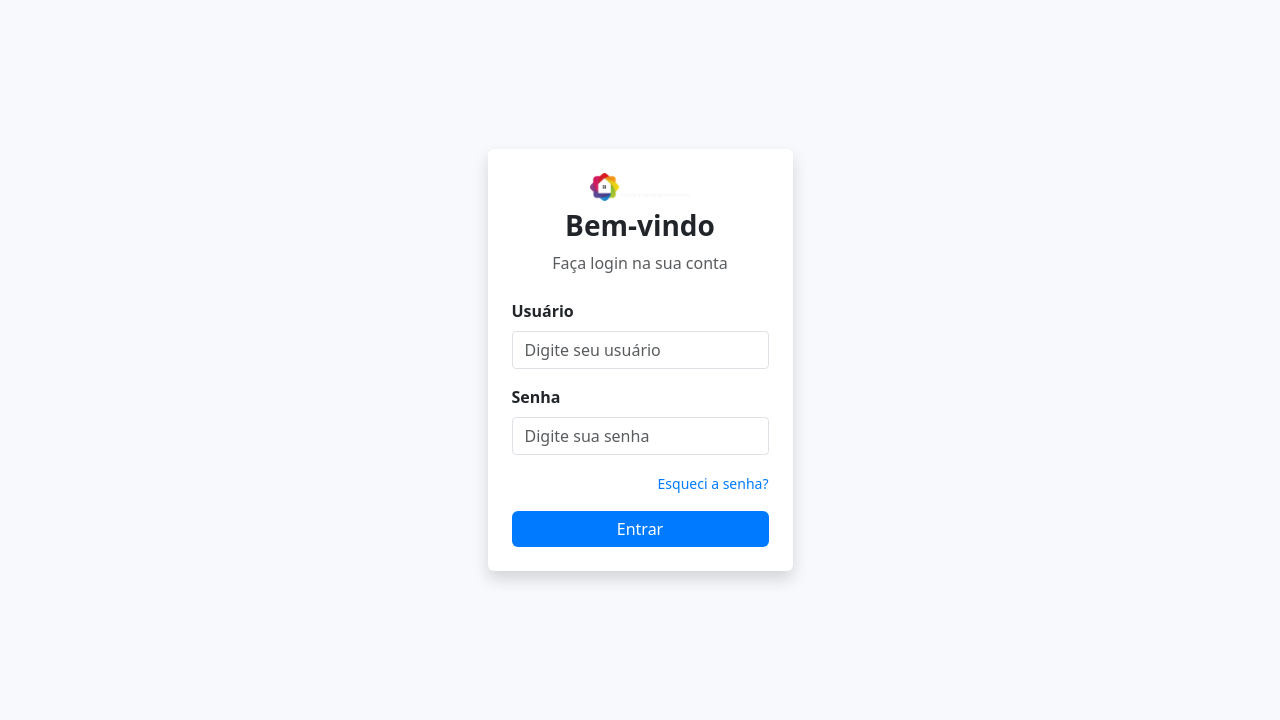
Repository: ryanmarinhodev/Supremo-teste-tecnico
Page: /
An editor plug-in stored every save of this project. The page is shown before and after a run of saves, followed by the edit.
The browser window is 1280 px wide. The pictures show the whole page.
The project was rebuilt for these pictures with package versions that can differ from the ones it lists, and the page was loaded fresh each time. Also part of the build but not shown: src/App.css.

Above is the page before, as saved 2024-11-07 13:19:07.

### src/App.js
import "./App.css";
import Login from "./Components/Login";

function App() {
  return (
    <div>
      <Login />
    </div>
  );
}

export default App;

### src/Components/Login/index.jsx
import React from "react";
import "bootstrap/dist/css/bootstrap.min.css";
import "./styles.css";
import Logo from "../../assets/logo-supremo-branco.png";

const Login = () => {
  return (
    <div className="login-container d-flex align-items-center justify-content-center min-vh-100">
      <div className="login-card p-4 shadow rounded">
        <div className="text-center mb-4">
          <img src={Logo} alt="Logotipo Supremo" className="logo mb-2" />
          <h3 className="fw-bold">Bem-vindo</h3>
          <p className="text-muted">Faça login na sua conta</p>
        </div>
        <form>
          <div className="mb-3">
            <label className="form-label fw-semibold">Usuário</label>
            <input
              type="text"
              className="form-control"
              placeholder="Digite seu usuário"
            />
          </div>
          <div className="mb-3">
            <label className="form-label fw-semibold">Senha</label>
            <input
              type="password"
              className="form-control"
              placeholder="Digite sua senha"
            />
          </div>
          <div className="text-end">
            <a
              href="/forgot-password"
              className="text-decoration-none text-primary small"
            >
              Esqueci a senha?
            </a>
          </div>
          <button type="submit" className="btn btn-primary w-100 mt-3">
            Entrar
          </button>
        </form>
      </div>
    </div>
  );
};

export default Login;

### src/Components/Login/styles.css
/* Centraliza a tela de login */
.login-container {
    background-color: #f7f9fc; /* Tom neutro e suave */
}

.login-card {
    max-width: 400px;
    background: #fff;
    border-radius: 8px;
}

/* Logo */
.logo {
    width: 100px;
    height: auto;
}

/* Personalização de input */
.form-control {
    border-radius: 4px;
    transition: border-color 0.2s;
}

.form-control:focus {
    border-color: #007bff;
    box-shadow: 0 0 0 0.2rem rgba(0, 123, 255, 0.25);
}

/* Botão de login */
.btn-primary {
    background-color: #007bff;
    border: none;
}

.btn-primary:hover {
    background-color: #0056b3;
}

/* Texto do link 'Esqueci a senha?' */
.text-primary {
    color: #007bff !important;
}

.text-primary:hover {
    color: #0056b3 !important;
}

Loaded but not shown: public/index.html (common file); src/index.js (common file); src/index.css (common file); src/reportWebVitals.js (common file)

After the next 3 saves:
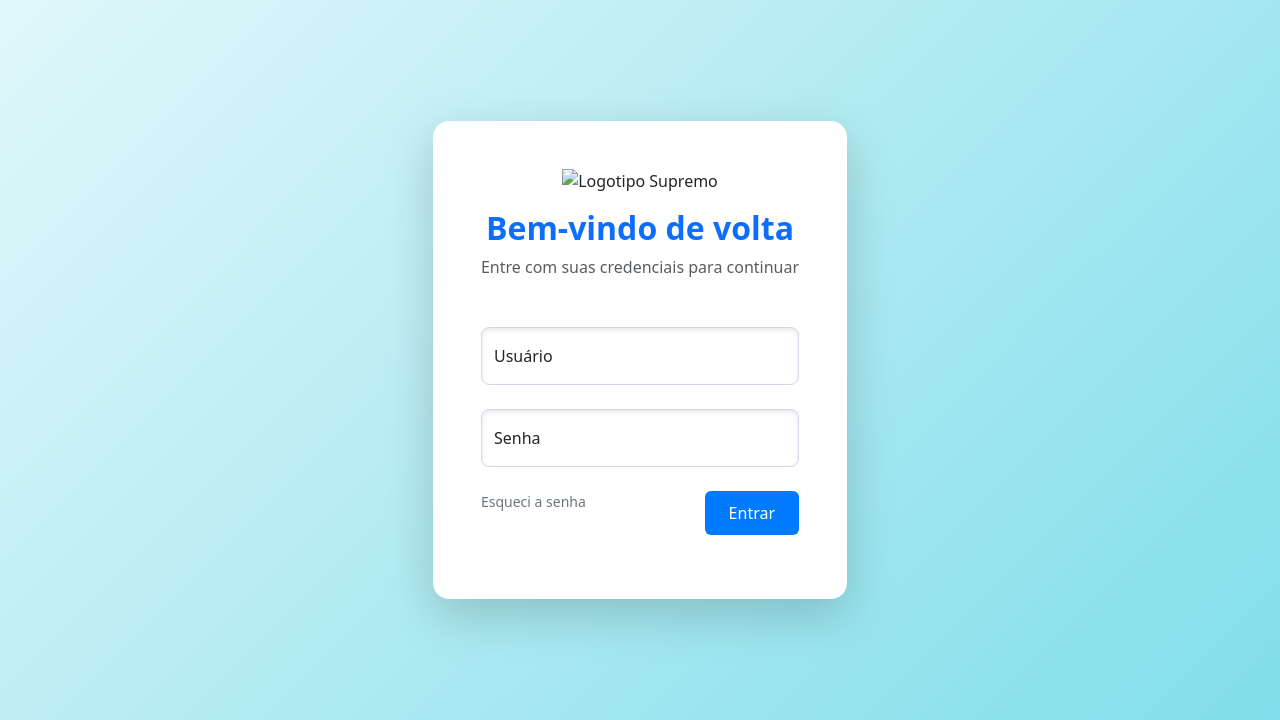
Not found: path/to/your/logo.png
The 3 saves are shown as one change because 2 did not build or start.
The last was saved 107 s later.
--- a/src/Components/Login/index.jsx
+++ b/src/Components/Login/index.jsx
@@ -1,45 +1,52 @@
 import React from "react";
 import "bootstrap/dist/css/bootstrap.min.css";
 import "./styles.css";
-import Logo from "../../assets/logo-supremo-branco.png";
 
 const Login = () => {
   return (
     <div className="login-container d-flex align-items-center justify-content-center min-vh-100">
-      <div className="login-card p-4 shadow rounded">
-        <div className="text-center mb-4">
-          <img src={Logo} alt="Logotipo Supremo" className="logo mb-2" />
-          <h3 className="fw-bold">Bem-vindo</h3>
-          <p className="text-muted">Faça login na sua conta</p>
+      <div className="login-card p-5 shadow-lg rounded-4">
+        <div className="text-center mb-5">
+          <img
+            src="path/to/your/logo.png"
+            alt="Logotipo Supremo"
+            className="logo mb-3"
+          />
+          <h2 className="fw-bold text-primary">Bem-vindo de volta</h2>
+          <p className="text-muted fs-6">
+            Entre com suas credenciais para continuar
+          </p>
         </div>
         <form>
-          <div className="mb-3">
-            <label className="form-label fw-semibold">Usuário</label>
+          <div className="form-floating mb-4">
             <input
               type="text"
               className="form-control"
-              placeholder="Digite seu usuário"
+              id="floatingInput"
+              placeholder="Usuário"
             />
+            <label htmlFor="floatingInput">Usuário</label>
           </div>
-          <div className="mb-3">
-            <label className="form-label fw-semibold">Senha</label>
+          <div className="form-floating mb-4">
             <input
               type="password"
               className="form-control"
-              placeholder="Digite sua senha"
+              id="floatingPassword"
+              placeholder="Senha"
             />
+            <label htmlFor="floatingPassword">Senha</label>
           </div>
-          <div className="text-end">
+          <div className="d-flex justify-content-between mb-3">
             <a
               href="/forgot-password"
-              className="text-decoration-none text-primary small"
+              className="text-decoration-none text-secondary small"
             >
-              Esqueci a senha?
+              Esqueci a senha
             </a>
+            <button type="submit" className="btn btn-primary px-4">
+              Entrar
+            </button>
           </div>
-          <button type="submit" className="btn btn-primary w-100 mt-3">
-            Entrar
-          </button>
         </form>
       </div>
     </div>
--- a/src/Components/Login/styles.css
+++ b/src/Components/Login/styles.css
@@ -1,24 +1,36 @@
-/* Centraliza a tela de login */
+/* Fundo com efeito degradê */
 .login-container {
-    background-color: #f7f9fc; /* Tom neutro e suave */
+    background: linear-gradient(135deg, #e0f7fa 0%, #80deea 100%);
 }
 
+/* Card de login estilizado */
 .login-card {
-    max-width: 400px;
-    background: #fff;
-    border-radius: 8px;
+    max-width: 420px;
+    background-color: #ffffff;
+    border-radius: 12px;
+    box-shadow: 0 10px 20px rgba(0, 0, 0, 0.1);
+    transition: transform 0.3s, box-shadow 0.3s;
 }
 
-/* Logo */
+.login-card:hover {
+    transform: translateY(-5px);
+    box-shadow: 0 12px 24px rgba(0, 0, 0, 0.15);
+}
+
+/* Logo centralizado */
 .logo {
-    width: 100px;
+    width: 80px;
     height: auto;
 }
 
-/* Personalização de input */
+/* Input estilizado com transição */
 .form-control {
-    border-radius: 4px;
-    transition: border-color 0.2s;
+    border-radius: 8px;
+    padding: 15px;
+    font-size: 1rem;
+    box-shadow: inset 0 2px 4px rgba(0, 0, 0, 0.1);
+    border: 1px solid #d1d9e6;
+    transition: border-color 0.3s, box-shadow 0.3s;
 }
 
 .form-control:focus {
@@ -26,21 +38,36 @@
     box-shadow: 0 0 0 0.2rem rgba(0, 123, 255, 0.25);
 }
 
-/* Botão de login */
+/* Botão de login estilizado */
 .btn-primary {
     background-color: #007bff;
     border: none;
+    font-size: 1rem;
+    padding: 10px 20px;
+    border-radius: 6px;
+    transition: background-color 0.3s, transform 0.2s;
 }
 
 .btn-primary:hover {
     background-color: #0056b3;
+    transform: scale(1.05);
 }
 
-/* Texto do link 'Esqueci a senha?' */
-.text-primary {
-    color: #007bff !important;
+/* Link de "Esqueci a senha" */
+.text-secondary {
+    color: #6c757d !important;
 }
 
-.text-primary:hover {
-    color: #0056b3 !important;
+.text-secondary:hover {
+    color: #495057 !important;
 }
+
+/* Animação de suavidade para o card de login */
+@keyframes fadeIn {
+    from { opacity: 0; transform: scale(0.9); }
+    to { opacity: 1; transform: scale(1); }
+}
+
+.login-card {
+    animation: fadeIn 0.5s ease;
+}

After the save that followed:
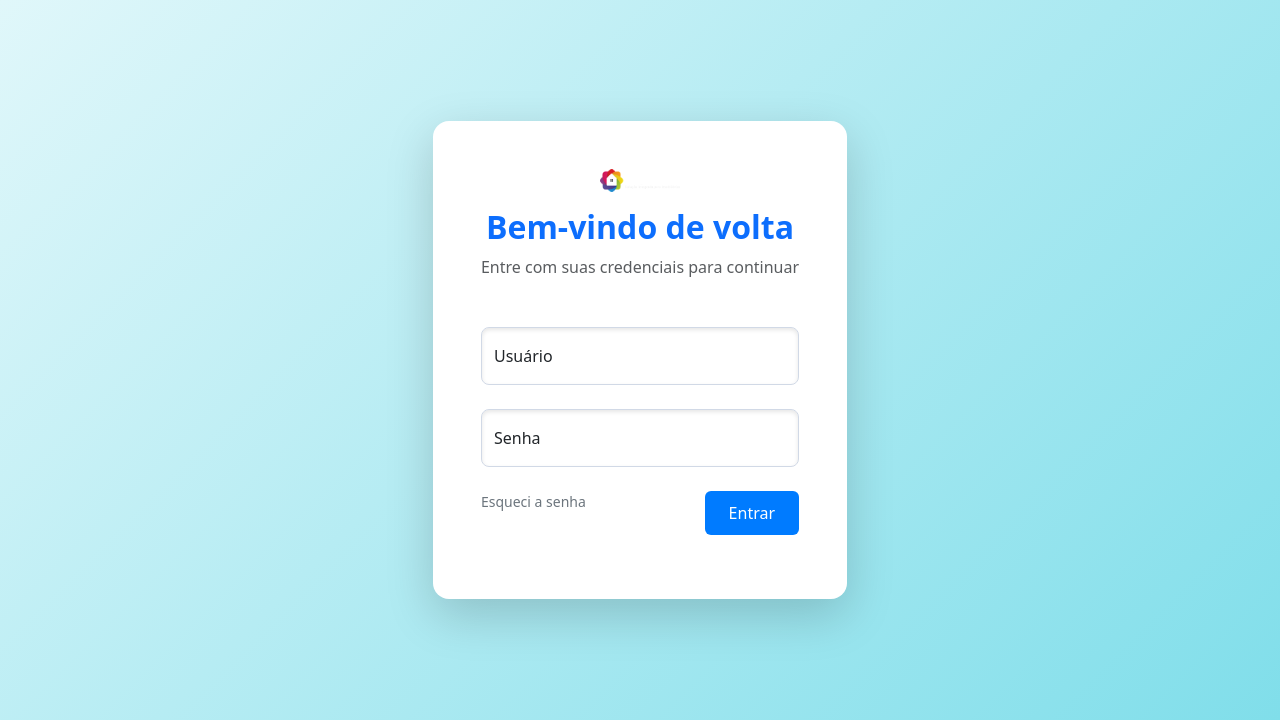
Saved 30 s later.
--- a/src/Components/Login/index.jsx
+++ b/src/Components/Login/index.jsx
@@ -1,17 +1,14 @@
 import React from "react";
 import "bootstrap/dist/css/bootstrap.min.css";
 import "./styles.css";
+import Logo from "../../assets/logo-supremo-branco.png";
 
 const Login = () => {
   return (
     <div className="login-container d-flex align-items-center justify-content-center min-vh-100">
       <div className="login-card p-5 shadow-lg rounded-4">
         <div className="text-center mb-5">
-          <img
-            src="path/to/your/logo.png"
-            alt="Logotipo Supremo"
-            className="logo mb-3"
-          />
+          <img src={Logo} alt="Logotipo Supremo" className="logo mb-3" />
           <h2 className="fw-bold text-primary">Bem-vindo de volta</h2>
           <p className="text-muted fs-6">
             Entre com suas credenciais para continuar
